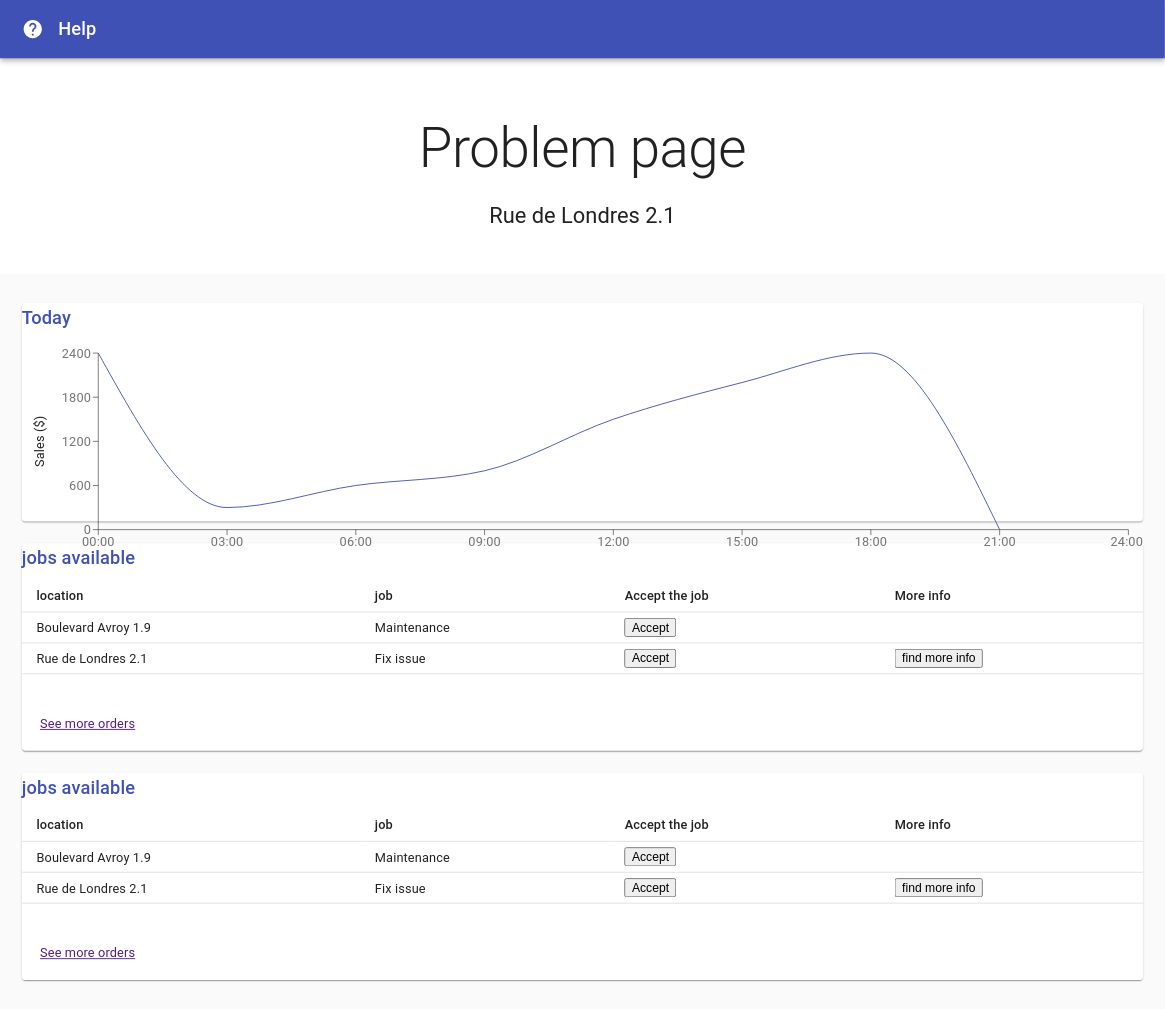
Repository: sapbrussels/intelligenthighway_webapp
Page: /Problempage (app in router/)
These files come from the project's save history. The page is drawn as it stood at one moment and after the next save; the edit follows.
The browser window is 1280 px wide. The pictures show the whole page, at 91% of full size.
The project was rebuilt for these pictures with package versions that can differ from the ones it lists, and the page was loaded fresh each time. Also part of the build but not shown: router/src/App.css, router/src/Login.js, router/src/Maps.js, router/src/Jobspage.js, router/src/Direction.js, router/src/Maintenance.js, router/src/Help.js.

Above is the page before, as saved 2020-03-31 15:09:03.

After the next save:
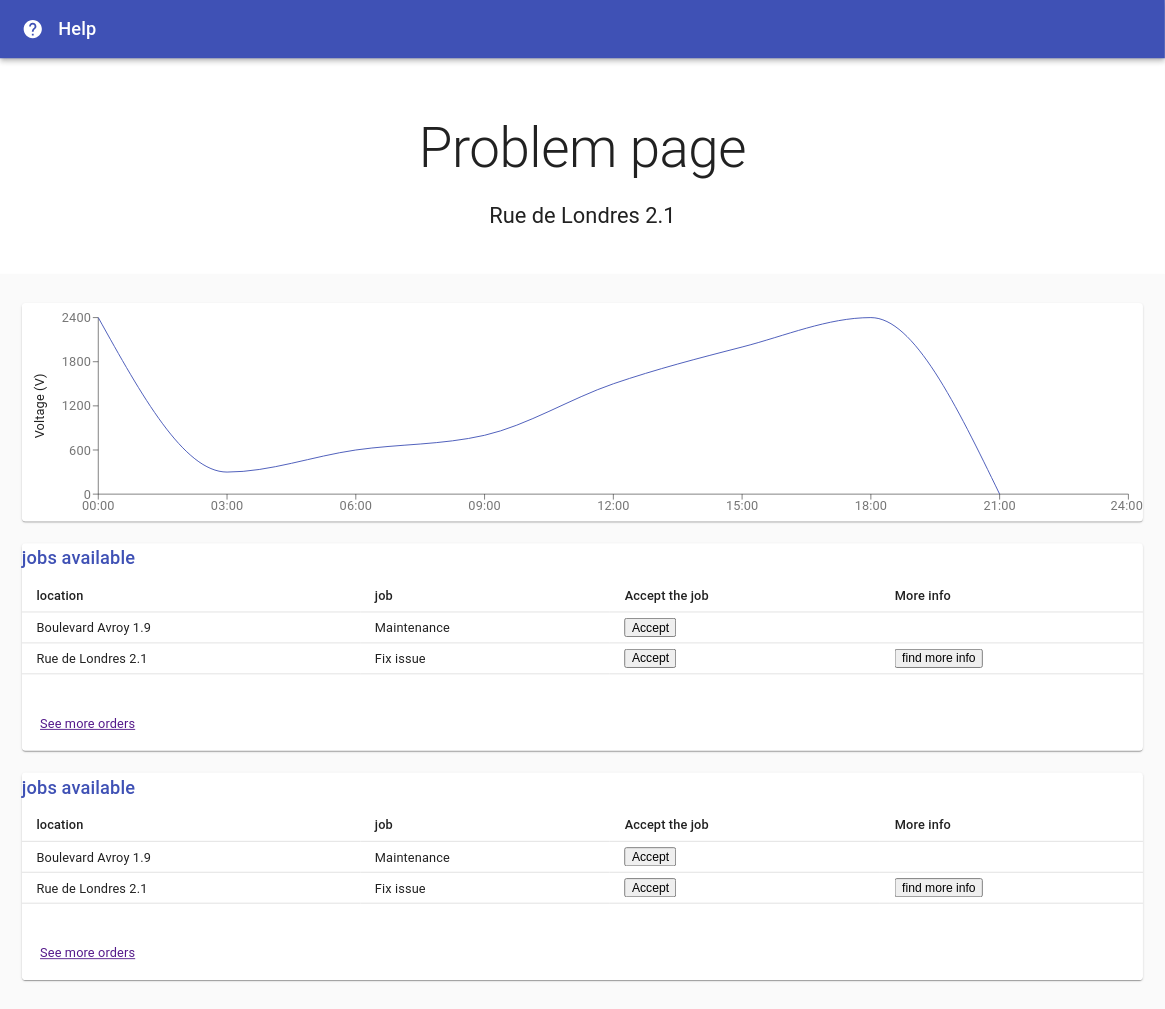
Saved 2 min 4 s later.
--- a/router/src/Voltage.js
+++ b/router/src/Voltage.js
@@ -25,7 +25,7 @@ export default function Chart() {
 
   return (
     <React.Fragment>
-      <Title>Today</Title>
+
       <ResponsiveContainer>
         <LineChart
           data={data}
@@ -43,7 +43,7 @@ export default function Chart() {
               position="left"
               style={{ textAnchor: 'middle', fill: theme.palette.text.primary }}
             >
-              Sales ($)
+              Voltage (V)
             </Label>
           </YAxis>
           <Line type="monotone" dataKey="amount" stroke={theme.palette.primary.main} dot={false} />
